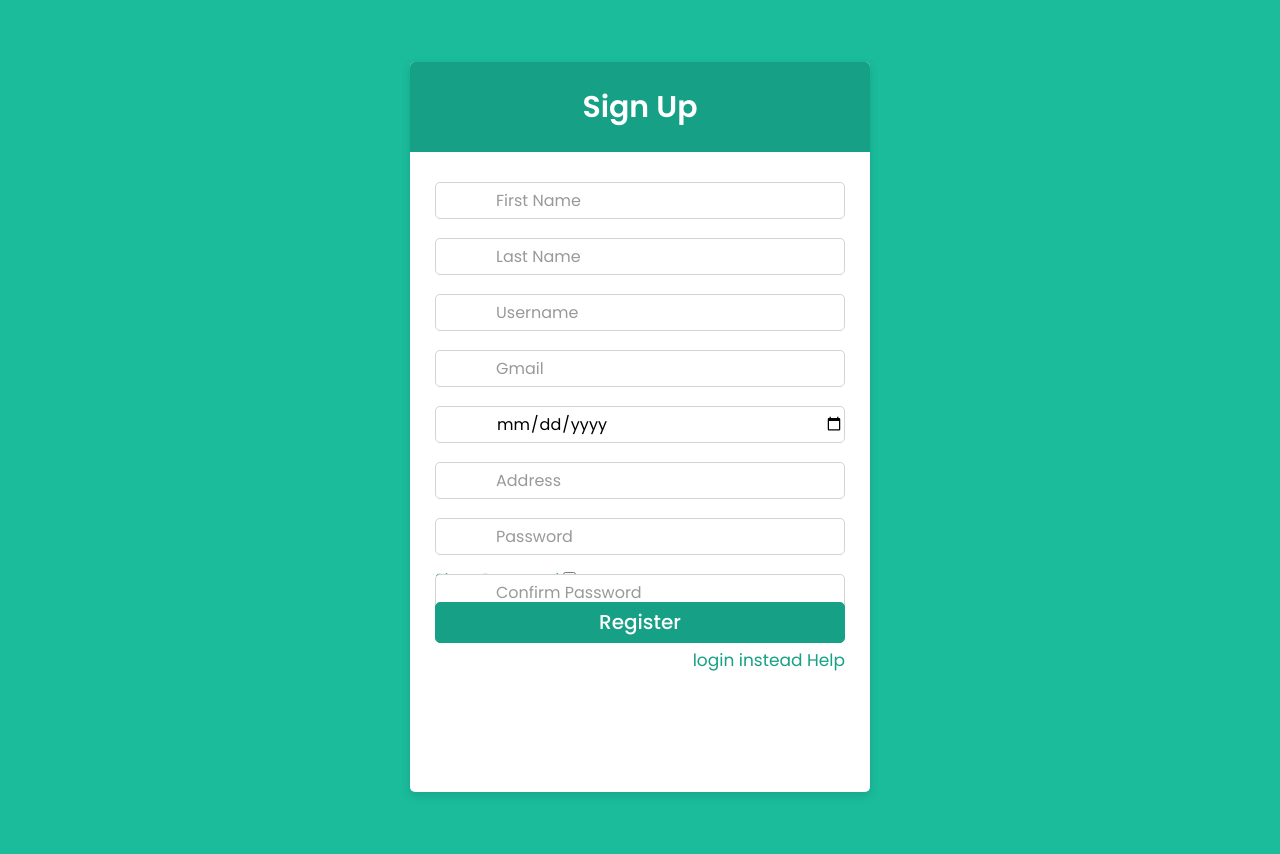
Repository: AOY311/DuckEdu
Page: test2.html
An editor plug-in stored every save of this project. The page is shown before and after the next save, followed by the edit.
The browser window is 1280 px wide. The pictures show the whole page.

Above is the page before, as saved 2021-10-28 13:31:44.
Console error: SyntaxError: missing ) after argument list

### test2.html
<!DOCTYPE html>
<html lang="en">

<head>
    <meta charset="UTF-8">
    <meta http-equiv="X-UA-Compatible" content="IE=edge">
    <meta name="viewport" content="width=device-width, initial-scale=1.0">
    <script src="https://ajax.googleapis.com/ajax/libs/jquery/3.5.1/jquery.min.js"></script>
    <title>Document</title>
    <style>
        @import url('https://fonts.googleapis.com/css2?family=Poppins:wght@200;300;400;500;600;700&display=swap');
        * {
            margin: 0;
            padding: 0;
            box-sizing: border-box;
            font-family: 'Poppins', sans-serif;
        }

        body {
            background: #1abc9c;
            overflow: hidden;
        }

         ::selection {
            background: rgba(26, 188, 156, 0.3);
        }

        .container {
            max-width: 500px;
            padding: 0 20px;
            margin: 62px auto;
        }

        .wrapper {
            width: 100%;
            background: #fff;
            border-radius: 5px;
            box-shadow: 0px 4px 10px 1px rgba(0, 0, 0, 0.1);
        }

        .wrapper .title {
            height: 90px;
            background: #16a085;
            border-radius: 5px 5px 0 0;
            color: #fff;
            font-size: 30px;
            font-weight: 600;
            display: flex;
            align-items: center;
            justify-content: center;
        }

        .wrapper form {
            padding: 30px 25px 25px 25px;
            height: 640px;
        }

        .wrapper form .row {
            height: 45px;
            position: relative;
        }

        .wrapper form .row input {
            height: 90%;
            width: 100%;
            outline: none;
            padding-left: 60px;
            border-radius: 5px;
            border: 1px solid lightgrey;
            font-size: 16px;
            transition: all 0.3s ease;
        }

        form .row input:focus {
            border-color: #16a085;
            box-shadow: inset 0px 0px 2px 2px rgba(26, 188, 156, 0.25);
        }

        form .row input::placeholder {
            color: #999;
        }

        .wrapper form .row i {
            position: absolute;
            width: 47px;
            height: 100%;
            color: #fff;
            font-size: 18px;
            background: #16a085;
            border: 1px solid #16a085;
            border-radius: 5px 0 0 5px;
            display: flex;
            align-items: center;
            justify-content: center;
        }

        .wrapper form .pass {
            margin: -8px 0 20px 0;
        }

        .wrapper form .pass a {
            color: #16a085;
            font-size: 17px;
            text-decoration: none;
        }

        .wrapper form .pass a:hover {
            text-decoration: underline;
        }

        .wrapper form .button input {
            color: #fff;
            font-size: 20px;
            font-weight: 500;
            padding-left: 0px;
            background: #16a085;
            border: 1px solid #16a085;
            cursor: pointer;
        }

        .show-pass {
            margin-top: 340px;
            color: #16a085;
        }

        .button {
            margin-top: 10px;
        }

        form .button input:hover {
            background: #12876f;
        }

        .wrapper form .signup-link {
            text-align: center;
            font-size: 17px;
            float: right;
            margin-bottom: 10px;
        }

        .wrapper form .signup-link a {
            color: #16a085;
            text-decoration: none;
        }

        form .signup-link a:hover {
            text-decoration: underline;
        }

        .error {
            font-size: 12px;
            color: red;
            margin-left: 20px;
        }

        .error {
            display: none;
        }

        .modal {
            display: none;
            /* Hidden by default */
            position: fixed;
            /* Stay in place */
            z-index: 1;
            /* Sit on top */
            padding-top: 350px;
            /* Location of the box */
            left: 0;
            top: 0;
            width: 100%;
            /* Full width */
            height: 100%;
            /* Full height */
            background-color: rgb(0, 0, 0);
            /* Fallback color */
            background-color: rgba(0, 0, 0, 0.4);
            /* Black  opacity */
        }
        /* Modal Content */

        .modal-content {
            background-color: #fefefe;
            margin: auto;
            padding: 20px;
            border: 1px solid #888;
            width: 400px;
            text-align: center;
            position: relative;
        }

        .close {
            color: #aaaaaa;
            float: right;
            font-size: 28px;
            font-weight: bold;
            position: absolute;
            top: 0px;
            right: 12px;
        }

        .close:hover,
        .close:focus {
            color: #000;
            text-decoration: none;
            cursor: pointer;
        }

        .box {
            position: relative;
            margin-bottom: 15px;
            display: flex;
            height: 41px;
        }

        .error {
            position: absolute;
            bottom: -15px;
        }
    </style>

</head>

<body>

    <body onload="checkAllData(${show})">
        <div class="container">
            <div class="wrapper">
                <div class="title"><span>Sign Up</span></div>
                <form>
                    <div class="row">

                        <div class="box">
                            <input class="inline row" type="text" name="firstname" id="firstname" placeholder="First Name" required>
                            <span class="error" id="errFirstname">First Name must be characters. </span>
                        </div>

                        <div class="box">
                            <input class="inline row" type="text" name="lastname" id="lastname" placeholder="Last Name" required>
                            <span class="error" id="errLastname">Last Name must be characters. </span>
                        </div>

                        <div class="box">
                            <input class="inline row" type="text" name="username" id="username" placeholder="Username" required>
                            <span class="error" id="errUsername">Username must be from 6 to 30 characters and no start number.</span>
                        </div>

                        <div class="box">
                            <input class="inline row" type="text" name="gmail" id="gmail" placeholder="Gmail" required>
                            <span class="error" id="errEmail">Email don't valid</span>
                        </div>

                        <div class="box">
                            <input class="inline row" type="date" name="date" id="date" placeholder="Date of Birth" required>
                            <span class="error" id="errDob">Date of Birth must be less than current day</span>
                        </div>

                        <div class="box">
                            <input class="inline row" type="text" name="address" id="address" placeholder="Address" required>
                            <span class="error" id="errAddress">Address don't valid</span>
                        </div>
                        <div class="box">
                            <input class="inline row" type="password" placeholder="Password" required>
                            <span class="error" id="errPassword">Password must be from 6 to 30 characters.</span>
                        </div>

                        <div class="box">
                            <input class="inline row" type="password" name="confirm-password" id="confirm-password" placeholder="Confirm Password" required>
                            <span class="error" id="errConfpass">Password doesn't match.</span>
                        </div>
                    </div>
                    <div class="show-pass">
                        Show Password
                        <input type="checkbox" name="check-Showpass" id="check-Showpass">

                    </div>
                    <div class="row button">
                        <input id="myBtn" type="submit" value="Register">
                    </div>
                    <div class="signup-link">
                        <a href="${pageContext.request.contextPath}/control?button-control=login">login instead</a>
                        <a href="#">Help</a>
                    </div>
                </form>
            </div>
        </div>
        <!-- Modal error -->
        <div id="myModal" class="modal">
            <!-- Modal content -->
            <div class="modal-content">
                <span class="close" onclick="hide()">&times;</span>
                <p>Username was exits.</p>
            </div>
        </div>
    </body>
    <script>
        /*
         * To change this license header, choose License Headers in Project Properties.
         * To change this template file, choose Tools | Templates
         * and open the template in the editor.
         */


        var rgGmail = /^[a-zA-Z]{1,}(\w){0,}@\w{2,}(\.[a-z]{2,}){1,}$/;
        var rgUsername = /^[a-zA-Z]{1,}[a-zA-Z0-9]{4,}$/;
        var rgPassword = /^[a-zA-Z0-9][a-zA-Z0-9.,!@#$%^&*()_+]{5,}$/;
        var rgName = /^[a-zA-Z\s]{3,}$/;

        $(document).ready(function() {

            $("#address").focusout(function() {
                if (validusername()) {
                    $("#address").css("border", "2px solid green");
                    $("#errAddress").hide();

                } else {
                    $("#errAddress").show();
                }
            });

            $("#firstname").focusout(function() {
                if (validfirstname()) {
                    $("#firstname").css("border", "2px solid green");
                    $("#errFirstname").hide();

                } else {
                    $("#errFirstname").show();
                }
            });

            $("#lastname").focusout(function() {
                if (validlastname()) {
                    $("#lastname").css("border", "2px solid green");
                    $("#errLastname").hide();

                } else {
                    $("#errLastname").show();
                }
            });

            $("#username").focusout(function() {
                if (validusername()) {
                    $("#username").css("border", "2px solid green");
                    $("#errUsername").hide();

                } else {
                    $("#errUsername").show();
                }
            });

            $("#password").focusout(function() {
                if (validPassword()) {
                    $("#password").css("border", "2px solid green");
                    $("#errPassword").hide();

                } else {
                    $("#errPassword").show();
                }
            });

            $("#confirm-password").focusout(function() {
                if (validconfpass()) {
                    $("#confirm-password").css("border", "2px solid green");
                    $("#errConfpass").hide();

                } else {
                    $("#errConfpass").show();
                }
            });

            $("#gmail").focusout(function() {
                if (validemail()) {
                    $("#gmail").css("border", "2px solid green");
                    $("#errEmail").hide();

                } else {
                    $("#errEmail").show();
                }
            });

        });


        function validfirstname() {
            var firstname = $("#firstname").val();
            if (rgName.test(firstname)) {
                return true;
            } else {
                return false;
            }
        }

        function validlastname() {
            var lastname = $("#lastname").val();
            if (rgName.test(lastname)) {
                return true;
            } else {
                return false;
            }
        }

        function validusername() {
            var username = $("#username").val();
            if (rgUsername.test(username)) {
                return true;
            } else {
                return false;
            }
        }

        function validPassword() {
            var password = $("#password").val();
            if (rgPassword.test(password)) {
                return true;
            } else {
                return false;
            }
        }

        function validconfpass() {
            var password = $("#password").val();
            var confirm_password = $("#confirm-password").val();
            if (confirm_password == password) {
                return true;
            } else {
                return false;
            }
        }

        function validemail() {
            var gmail = $("#gmail").val();
            if (rgGmail.test(gmail)) {
                return true;
            } else {
                return false;
            }
        }

        function checkAllData(show) {
            if (show) {
                if (validfirstname() && validlastname() && validusername() && validPassword() &&
                    validconfpass() && validemail()) {
                    $("#myModal").hide();
                    return false;
                } else {
                    $("#myModal").show();
                    return false;
                }
            }
        }

        function hide() {
            var span = document.getElementsByClassName("close")[0];
            var modal = document.getElementById("myModal");

            modal.style.display = "none";
        }
        // When the user clicks anywhere outside of the modal, close it
        window.onclick = function(event) {
            var modal = document.getElementById("myModal");
            if (event.target == modal) {
                modal.style.display = "none";
            }
        }
    </script>
</body>

</html>

After the next save:
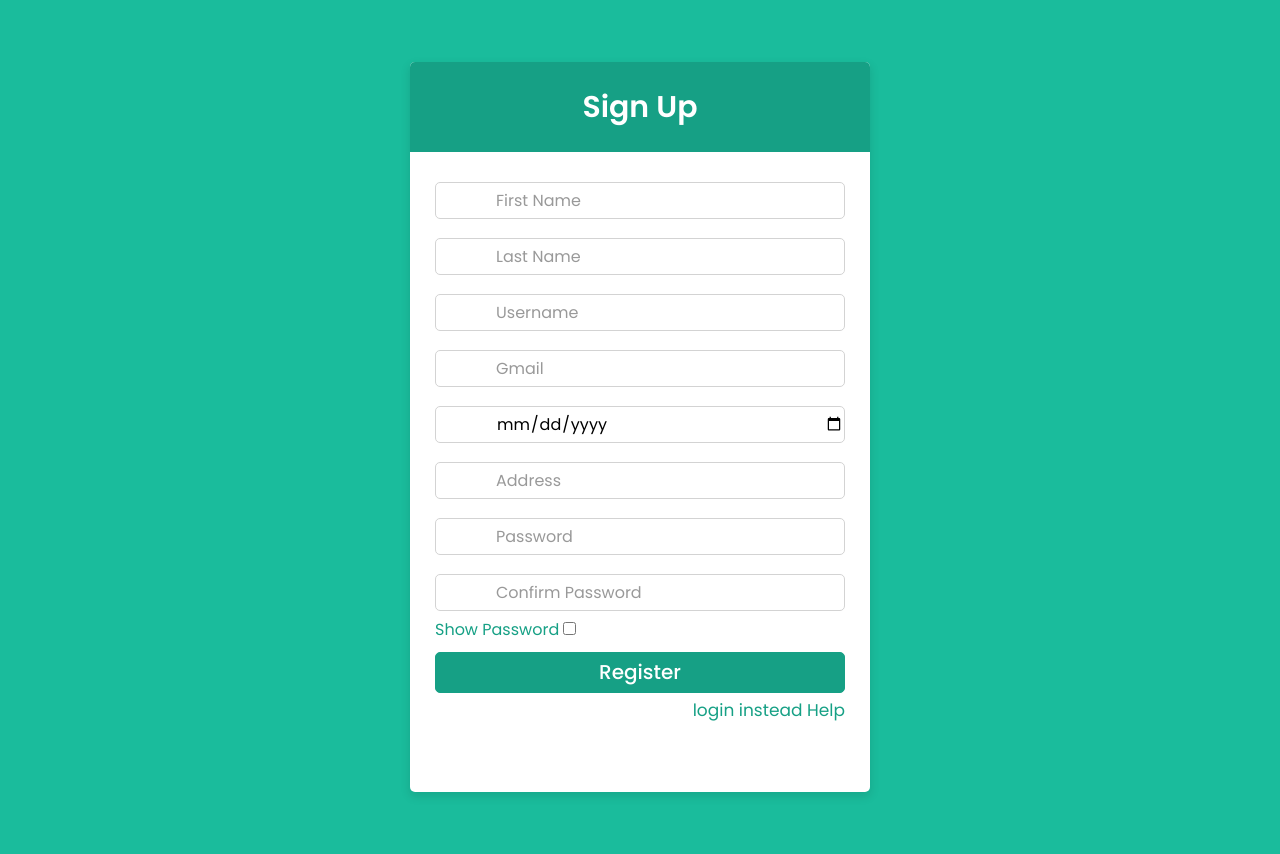
Saved 3 min 7 s later.
--- a/test2.html
+++ b/test2.html
@@ -119,7 +119,7 @@
         }
 
         .show-pass {
-            margin-top: 340px;
+            margin-top: 390px;
             color: #16a085;
         }
 
